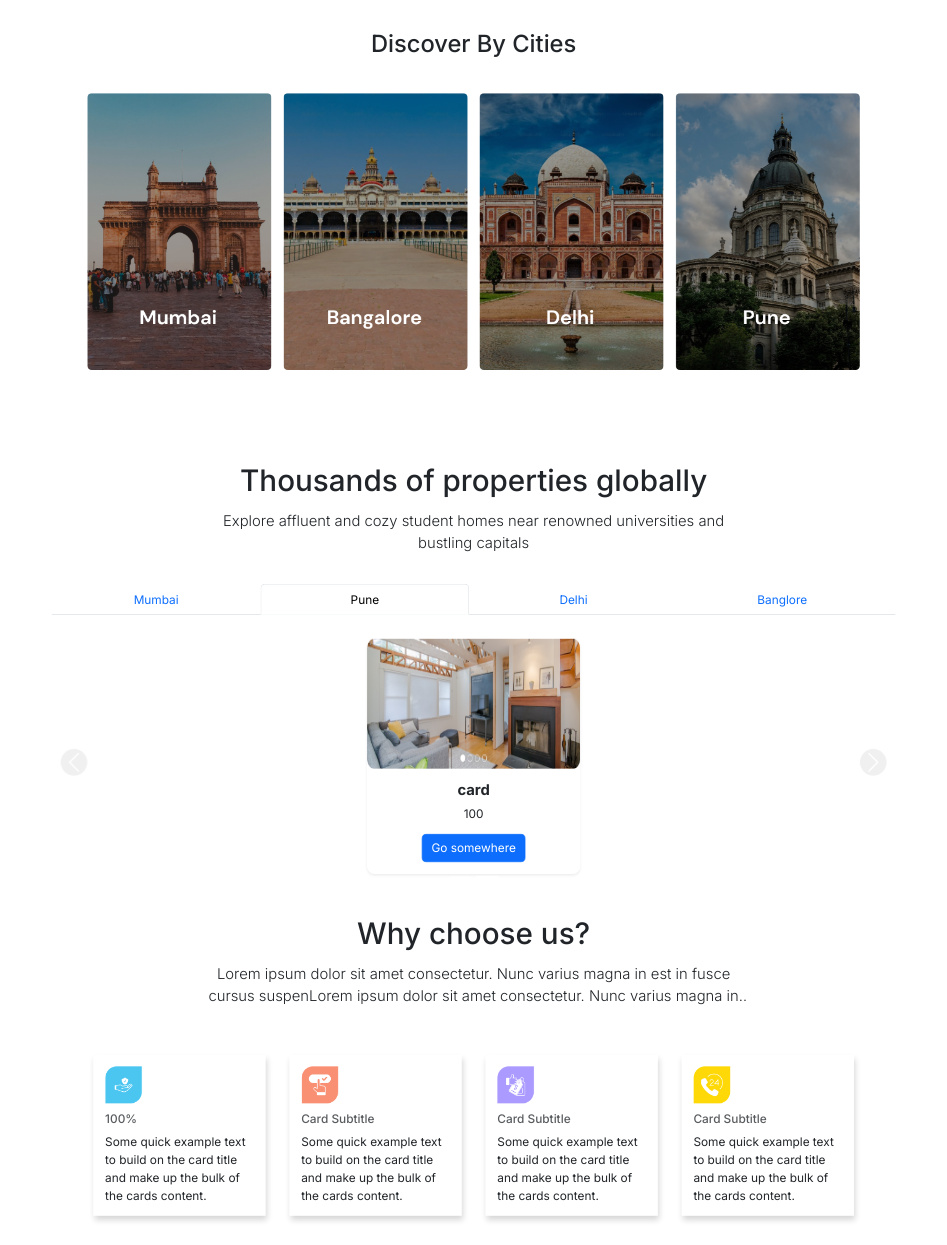
Repository: suyashagrahari/assignment
Page: /
An editor plug-in stored every save of this project. The page is shown before and after the next save, followed by the edit.
The browser window is 1280 px wide. The pictures show the whole page, at 74% of full size.
The project was rebuilt for these pictures with package versions that can differ from the ones it lists, and the page was loaded fresh each time. The framework's server and built-in components were replaced by stand-ins that run in the browser. Also part of the build but not shown: next.config.mjs, src/app/page.module.css, src/components/Headline.jsx.

Above is the page before, as saved 2024-03-27 16:25:44.

### src/components/Grid.jsx
import React from "react";
import Image from "next/image";
import { Button, Col, Container, Row } from "react-bootstrap";
import first from "../../public/image/Mumbai.png";
import second from "../../public/image/Banglore.png";
import third from "../../public/image/Delhi.png";
import forth from "../../public/image/Pune.png";
const Grid = () => {
  return (
    <div className="container-fluid">
      <div className="row row-cols-1 row-cols-sm-2 row-cols-md-3 row-cols-lg-4 g-3 p-4">
        <div className="col grid-item">
          <Image
            src={first}
            alt="Image 1"
            layout="responsive"
            objectFit="cover"
            className="img-fluid rounded"
          />
        </div>
        <div className="col grid-item">
          <Image
            src={second}
            alt="Image 2"
            layout="responsive"
            objectFit="cover"
            className="img-fluid rounded"
          />
        </div>
        <div className="col grid-item">
          <Image
            src={third}
            alt="Image 3"
            layout="responsive"
            objectFit="cover"
            className="img-fluid rounded"
          />
        </div>
        <div className="col grid-item">
          <Image
            src={forth}
            alt="Image 4"
            layout="responsive"
            objectFit="cover"
            className="img-fluid rounded"
          />
        </div>
      </div>
    </div>
  );
};

export default Grid;

### src/components/Tabbing.jsx
"use client";
import Tab from "react-bootstrap/Tab";
import Tabs from "react-bootstrap/Tabs";
import Img from "../../public/image/Img-1.png";
import Image from "next/image";
import MyCarousel from "./Carousal";
function Tabbing() {
  return (
    <>
      <Tabs
        defaultActiveKey="profile"
        id="justify-tab-example"
        className="mb-3"
        justify
      >
        <Tab eventKey="home" title="Mumbai">
          <MyCarousel />
        </Tab>
        <Tab eventKey="profile" title="Pune">
          <MyCarousel />
        </Tab>
        <Tab eventKey="longer-tab" title="Delhi">
          <MyCarousel />
        </Tab>
        <Tab eventKey="contact" title="Banglore">
          <MyCarousel />
        </Tab>
      </Tabs>
    </>
  );
}

export default Tabbing;

### src/components/Footer.jsx
import Card from "react-bootstrap/Card";
import Icon_1 from "../../public/image/icon-1.png";
import Icon_2 from "../../public/image/icon-2.png";
import Icon_3 from "../../public/image/icon-3.png";
import Icon_4 from "../../public/image/icon-4.png";
import Image from "next/image";

function Footer() {
  return (
    <div className="container-fluid">
      <div className="row row-cols-1 row-cols-md-2 row-cols-lg-4 g-3 p-4">
        <div className="col">
          <Card>
            <Card.Body>
              <div className="d-flex justify-content-center mb-3 image">
                <Image src={Icon_1} alt="icon" />
              </div>
              <Card.Subtitle className="mb-2 text-muted ">100%</Card.Subtitle>
              <Card.Text className="">
                Some quick example text to build on the card title and make up
                the bulk of the cards content.
              </Card.Text>
            </Card.Body>
          </Card>
        </div>
        <div className="col">
          <Card>
            <Card.Body>
              <div className="d-flex justify-content-center mb-3 image">
                <Image src={Icon_2} alt="icon" />
              </div>
              <Card.Subtitle className="mb-2 text-muted ">
                Card Subtitle
              </Card.Subtitle>
              <Card.Text className="">
                Some quick example text to build on the card title and make up
                the bulk of the cards content.
              </Card.Text>
            </Card.Body>
          </Card>
        </div>
        <div className="col">
          <Card>
            <Card.Body>
              <div className="d-flex justify-content-center mb-3 image">
                <Image src={Icon_3} alt="icon" />
              </div>
              <Card.Subtitle className="mb-2 text-muted ">
                Card Subtitle
              </Card.Subtitle>
              <Card.Text className="">
                Some quick example text to build on the card title and make up
                the bulk of the cards content.
              </Card.Text>
            </Card.Body>
          </Card>
        </div>
        <div className="col">
          <Card>
            <Card.Body>
              <div className="d-flex justify-content-center mb-3 image">
                <Image src={Icon_4} alt="icon" />
              </div>
              <Card.Subtitle className="mb-2 text-muted ">
                Card Subtitle
              </Card.Subtitle>
              <Card.Text className="">
                Some quick example text to build on the card title and make up
                the bulk of the cards content.
              </Card.Text>
            </Card.Body>
          </Card>
        </div>
      </div>
    </div>
  );
}

export default Footer;

### src/components/Carousal.jsx
import React from "react";
import Carousel from "react-bootstrap/Carousel";
import Button from "react-bootstrap/Button";
import Card from "react-bootstrap/Card";
import Img from "../../public/image/Img-1.png";
import Image from "next/image";

const recipes = [
  {
    name: "card",
    img: Img,
    price: 100,
    content: "Hello",
  },
  {
    name: "card",
    img: Img,
    price: 100,
    content: "Hello",
  },
  {
    name: "card",
    img: Img,
    price: 100,
    content: "Hello",
  },
  {
    name: "card",
    img: Img,
    price: 100,
    content: "Hello",
  },
];

const MyCarousel = () => {
  const reduceRecipes = (acc, cur, index) => {
    const groupIndex = Math.floor(index / 3);
    if (!acc[groupIndex]) acc[groupIndex] = [];
    acc[groupIndex].push(cur);
    console.log(acc);
    return acc;
  };

  return (
    <Carousel>
      {recipes.reduce(reduceRecipes, []).map((item, index) => (
        <Carousel.Item key={index}>
          <div className="d-flex justify-content-center">
            {item.map((item, index) => {
              return (
                <Card
                  key={index}
                  className="mx-3 mb-3 shadow-sm "
                  style={{ width: "18rem", borderRadius: "10px" }}
                >
                  <Image src={item.img} alt="" className="card-img-top" />
                  <Card.Body className="text-center">
                    <Card.Title className="fw-bold">{item.name}</Card.Title>
                    <Card.Text className="mb-3">{item.price}</Card.Text>
                    <Button variant="primary">Go somewhere</Button>
                  </Card.Body>
                </Card>
              );
            })}
          </div>
        </Carousel.Item>
      ))}
    </Carousel>
  );
};

export default MyCarousel;

Loaded but not shown: src/app/layout.js (common file); src/app/page.js (common file); src/app/globals.css (common file)

After the next save:
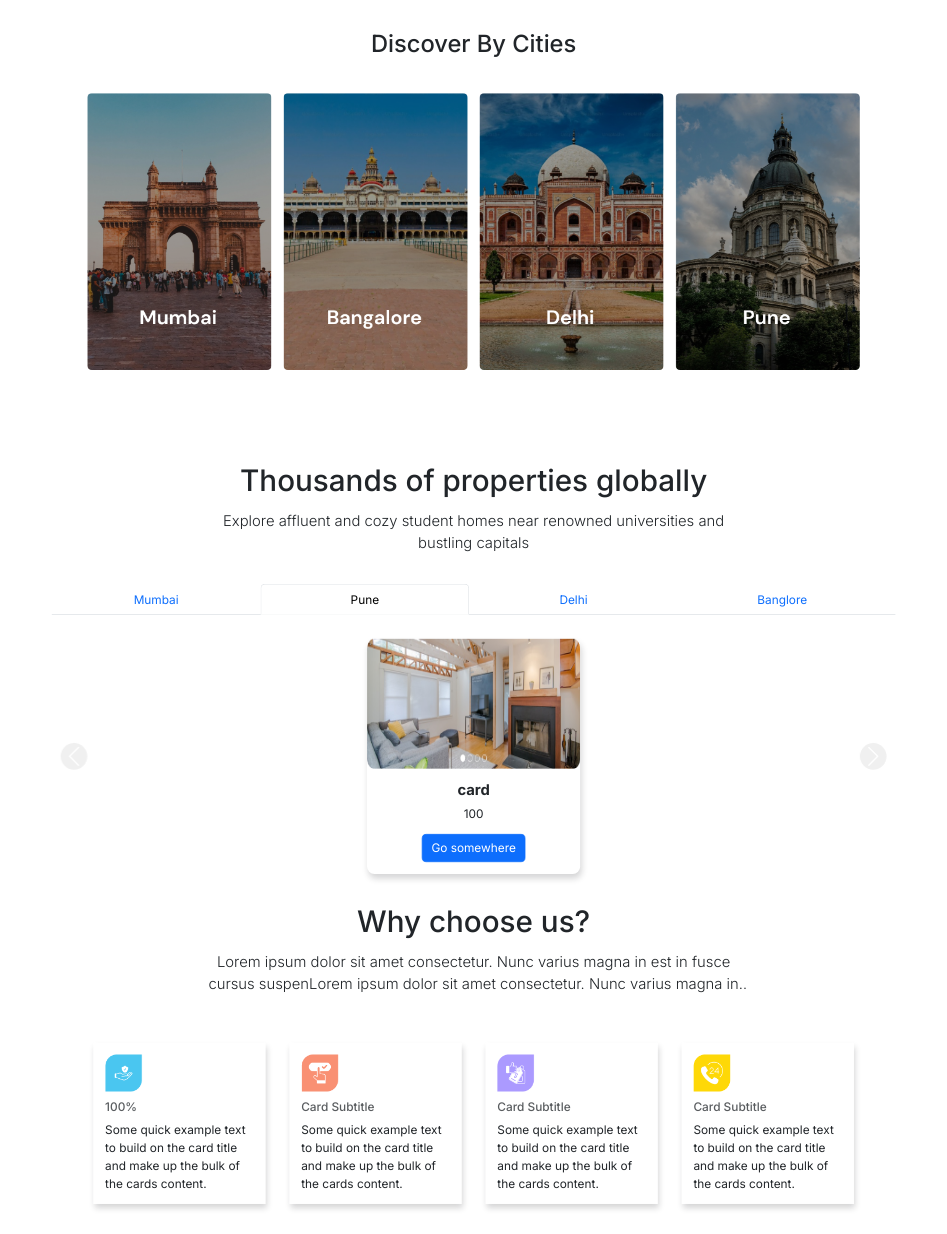
Saved 39 s later.
--- a/src/components/Carousal.jsx
+++ b/src/components/Carousal.jsx
@@ -50,7 +50,7 @@ const MyCarousel = () => {
               return (
                 <Card
                   key={index}
-                  className="mx-3 mb-3 shadow-sm "
+                  //   className="mx-3 mb-3 shadow-sm "
                   style={{ width: "18rem", borderRadius: "10px" }}
                 >
                   <Image src={item.img} alt="" className="card-img-top" />
